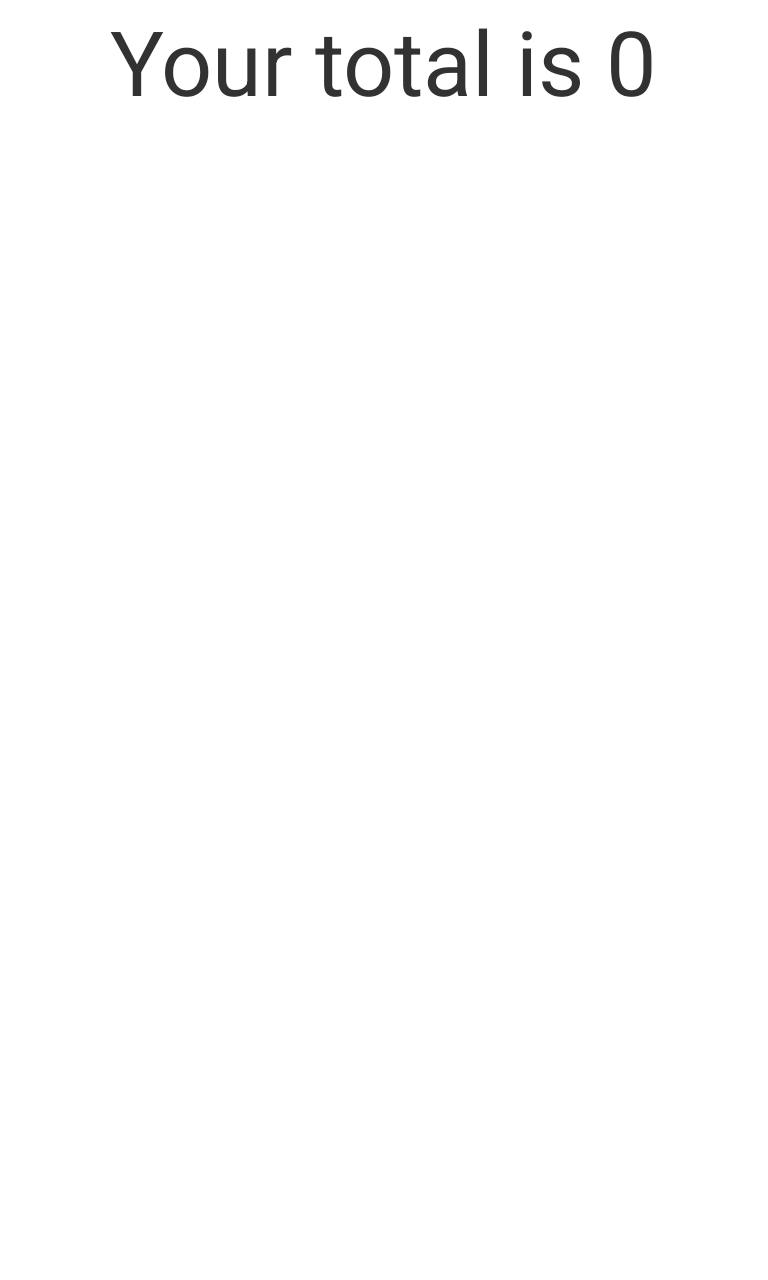
Repository: robadu/workspace
Layout: TheNewBoston/res/layout/activity_main.xml
The author's editor kept a copy of each file at every save. The layout is drawn from the files as they stood at one save, then again after the next save.
It is drawn on a 768 x 1280 px phone screen (xhdpi) without system bars, with theme AppTheme; the app's code is not run.

Above is the layout before, as saved 2013-07-23 09:12:54.

After the next save:
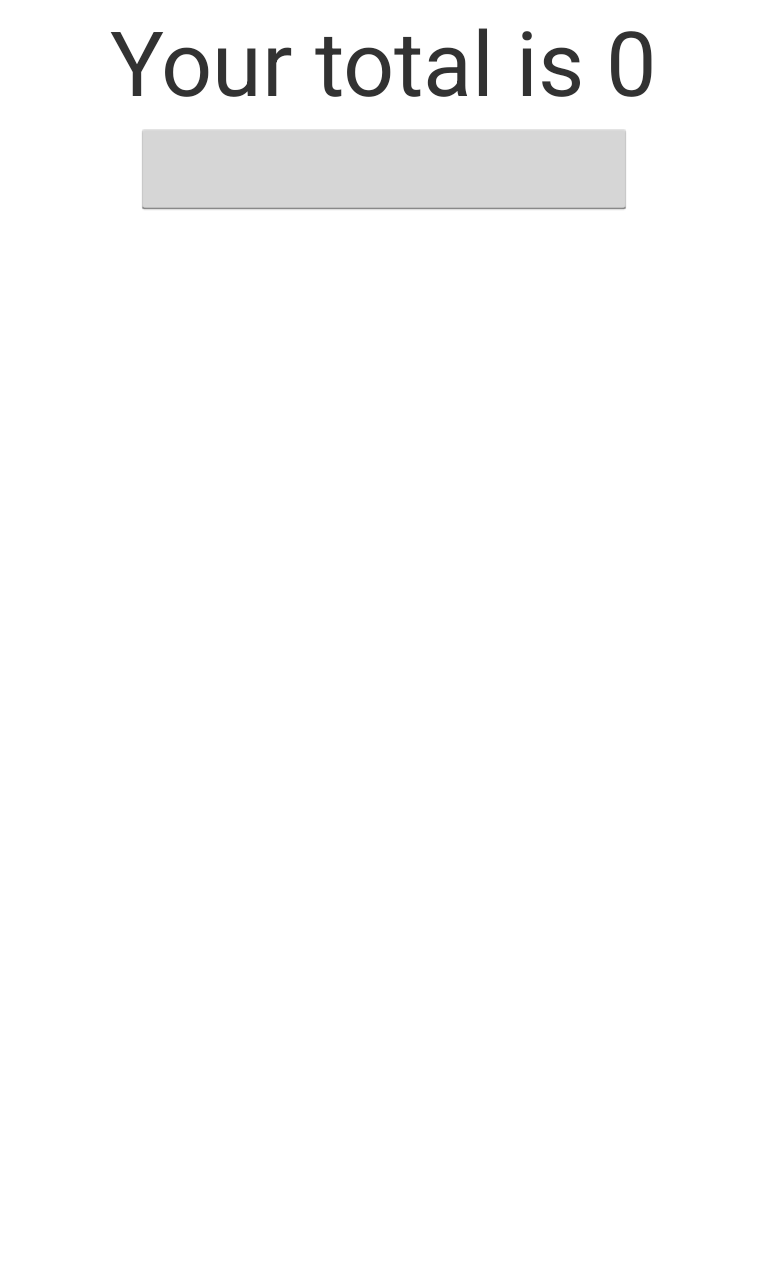
Saved 2 min 42 s later.
--- a/TheNewBoston/res/layout/activity_main.xml
+++ b/TheNewBoston/res/layout/activity_main.xml
@@ -15,11 +15,12 @@
 
     <Button
         android:layout_width="250dp"
-        android:layout_height="wrap content"
+        android:layout_height="wrap_content"
         android:tet="Add one"
         android:layout_gravity="center"
         android:textSize="20dp"
      />
+
 	<Button
         android:layout_width="250dp"
         android:layout_height="wrap content"
@@ -28,7 +29,4 @@
         android:textSize="20dp"
      />
 
-
-
-
 </LinearLayout>
